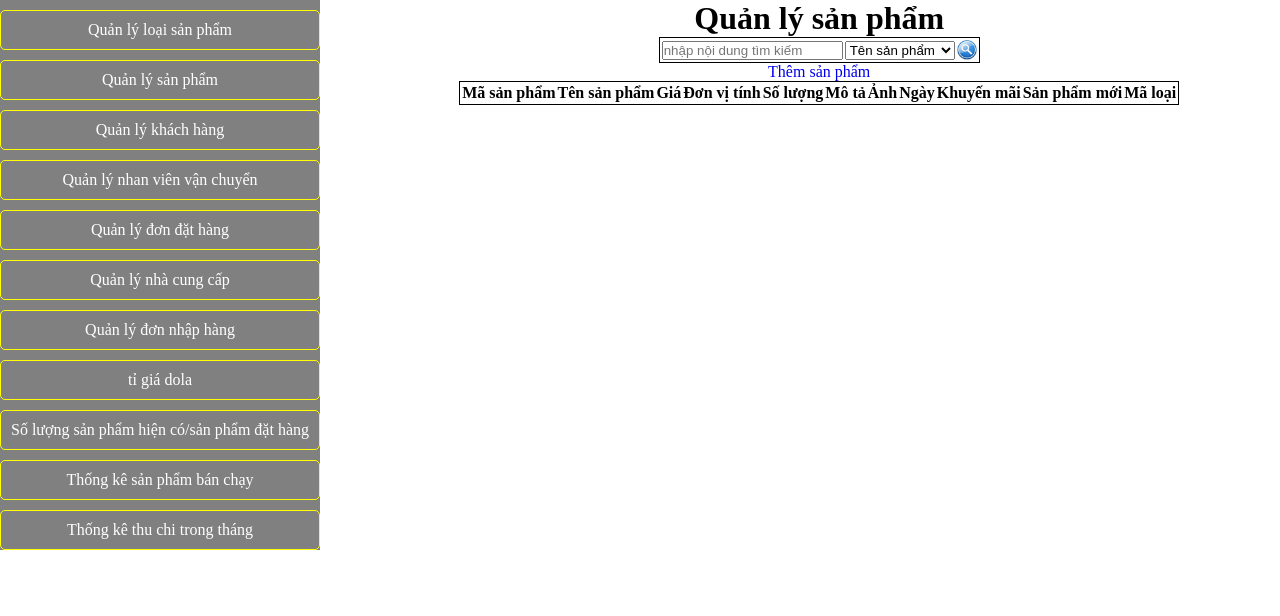
Repository: tranminhtam92/web
Page: http://localhost/demoview/Adminproduct?key=view
These files come from the project's save history. The page is drawn as it stood at one moment and after the next save; the edit follows.
The browser window is 1280 px wide. The pictures show the whole page.
The page is served by Tomcat 9. Queries for data that is not in the repository find no rows.

Above is the page before, as saved 2016-12-27 07:03:07.

After the next save:
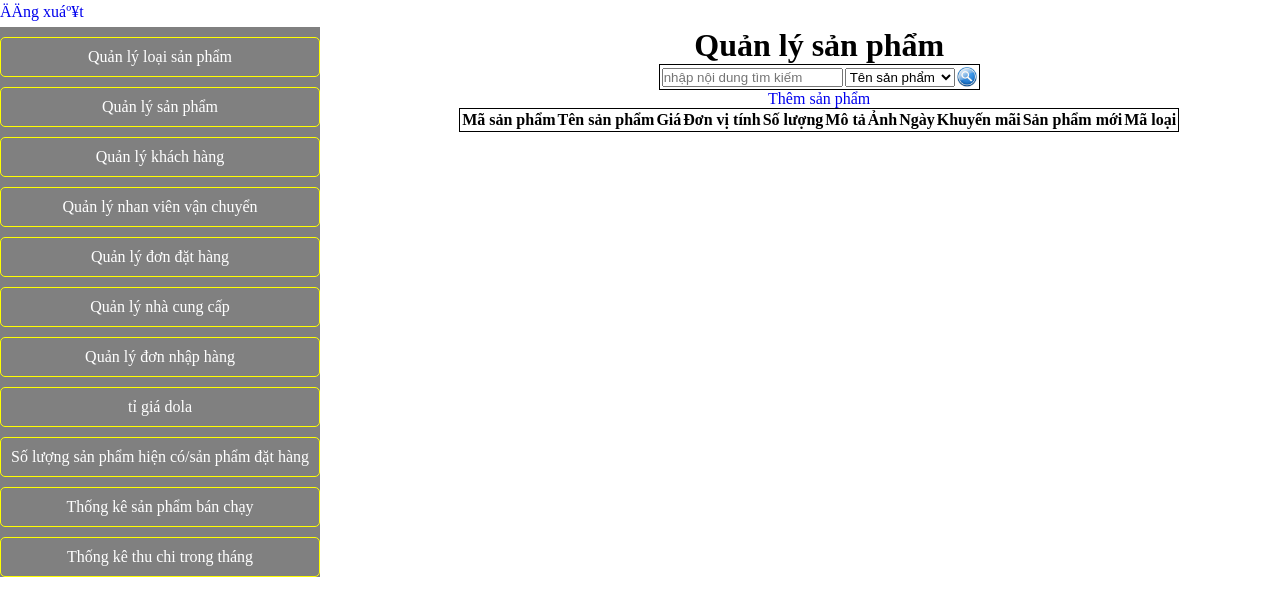
Saved 2 min 24 s later.
--- a/Code/demoview/WebContent/admin/headeradmin.jsp
+++ b/Code/demoview/WebContent/admin/headeradmin.jsp
@@ -18,7 +18,11 @@
 
 
 				<ul>
-				<li>${sesionScope.name}</a>
+				<li>${sesionScope.name}
+				<ul>
+				<li><a href="#">đăng xuất</a>
+				</ul>
+				</li>
 
 
 				</ul>
